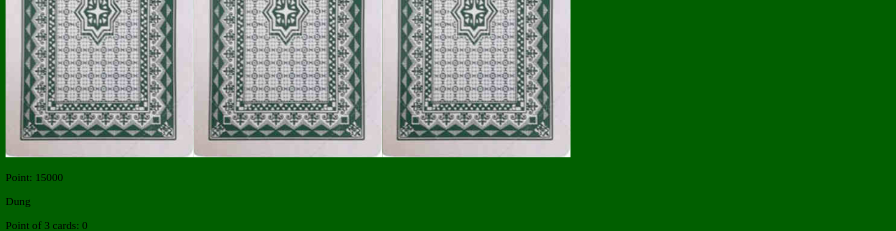
Repository: tiendungjr123/app-baicao
Page: /
An editor plug-in stored every save of this project. The page is shown before and after a run of saves, followed by the edit.
The browser window is 1280 px wide. The pictures show the part of the page from y = 912 to 2832 px (the page is 1242 px tall before and 2832 px after), at 70% of full size.
The page's requests for data from a server got no answer. The project was rebuilt for these pictures with package versions that can differ from the ones it lists, and the page was loaded fresh each time. No one was signed in, and anything a server would have sent is missing. Also part of the build but not shown: src/index.css, src/Components/table.jsx.

Above is the page before, as saved 2022-10-11 11:46:28.

After the next 2 saves:
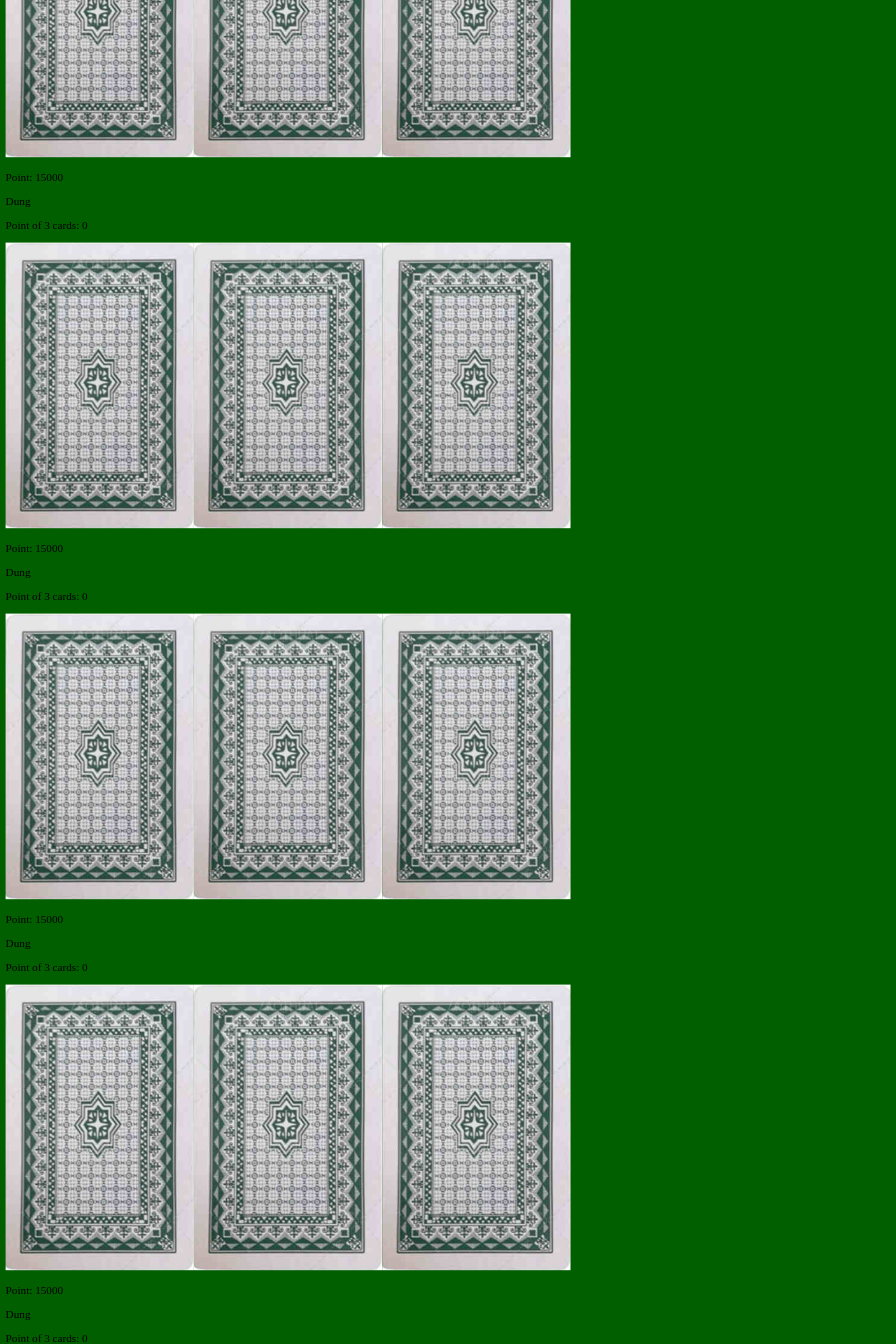
The 2 saves are shown as one change because 1 did not build or start.
The last was saved 70 s later.
--- a/src/App.js
+++ b/src/App.js
@@ -72,8 +72,8 @@ function App() {
                <button className='btn btn-reset'>Reset</button>
             </div>
          </div>
-         {/* <CardList cards={cards} checkCard={checkCard}/> */}
-         <div className="card-top">
+         <CardList listCard={listCard} checkCard={checkCard}/>
+         {/* <div className="card-top">
             <div className='card'>
                {checkCard ? (
                   <div className='card-img'>
@@ -91,7 +91,7 @@ function App() {
                <p className='user'>Dung</p>
                {checkCard?(<p className='point'>Point of 3 cards: 23</p>):(<p className='point'>Point of 3 cards: 0</p>)}
             </div>
-         </div>
+         </div> */}
       </div>
    );
 }
